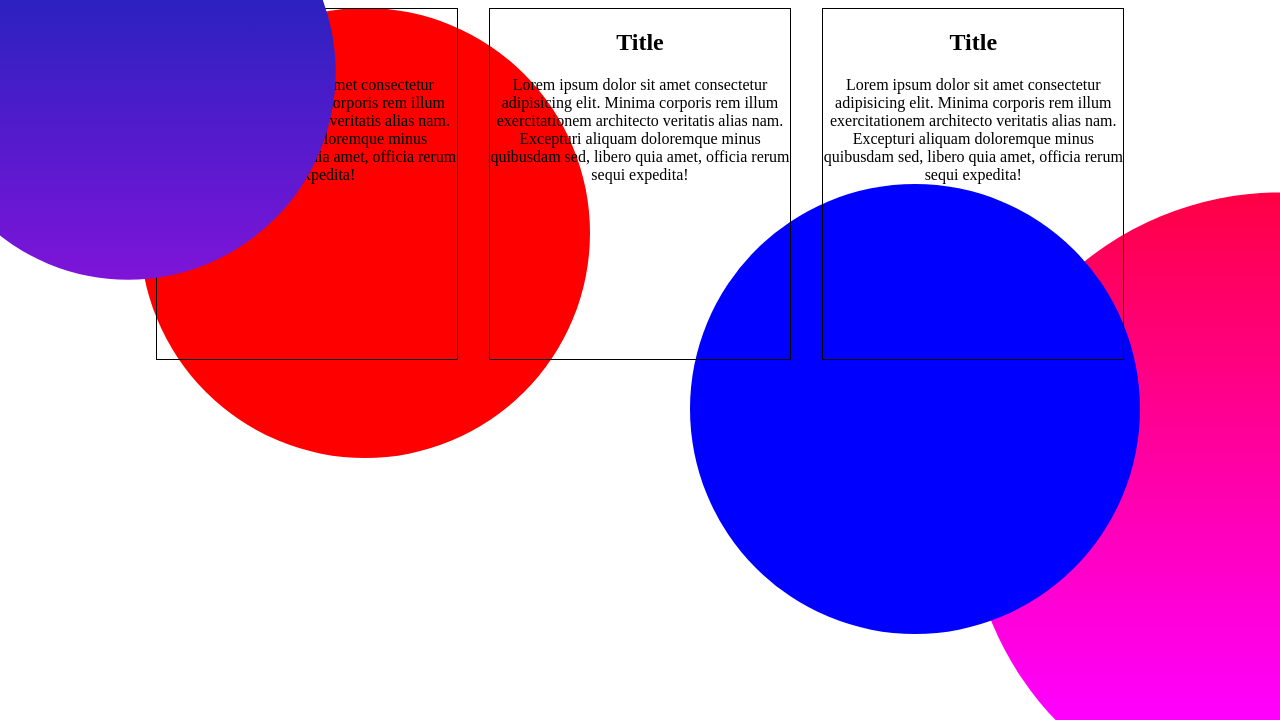
Repository: dovanluyen1996/Test-Git-PR
Page: index.html
These files come from the project's save history. The page is drawn as it stood at one moment and after the next save; the edit follows.
The browser window is 1280 px wide. The pictures show the whole page.

Above is the page before, as saved 2021-09-06 23:37:25.

### index.html
<!DOCTYPE html>
<html lang="en">
  <head>
    <meta charset="UTF-8" />
    <meta http-equiv="X-UA-Compatible" content="IE=edge" />
    <meta name="viewport" content="width=device-width, initial-scale=1.0" />
    <title>TestVsCode</title>
    <link rel="stylesheet" href="css/style.css" />
  </head>

  <body>
    <div class="container">
      <div class="test1"></div>
      <div class="test2"></div>

      <div class="center">
        <div class="item-center">
          <h2>Title</h2>
          <p class="text">
            Lorem ipsum dolor sit amet consectetur adipisicing elit. Minima
            corporis rem illum exercitationem architecto veritatis alias nam.
            Excepturi aliquam doloremque minus quibusdam sed, libero quia amet,
            officia rerum sequi expedita!
          </p>
        </div>
        <div class="item-center">
          <h2>Title</h2>
          <p class="text">
            Lorem ipsum dolor sit amet consectetur adipisicing elit. Minima
            corporis rem illum exercitationem architecto veritatis alias nam.
            Excepturi aliquam doloremque minus quibusdam sed, libero quia amet,
            officia rerum sequi expedita!
          </p>
        </div>
        <div class="item-center">
          <h2>Title</h2>
          <p class="text">
            Lorem ipsum dolor sit amet consectetur adipisicing elit. Minima
            corporis rem illum exercitationem architecto veritatis alias nam.
            Excepturi aliquam doloremque minus quibusdam sed, libero quia amet,
            officia rerum sequi expedita!
          </p>
        </div>
      </div>
    </div>
  </body>
</html>

### css/style.css
body {
}
body::before {
  content: "";
  position: absolute;
  top: 0;
  left: 0;
  width: 100%;
  height: 100%;
  background: linear-gradient(#f00, #f0f);
  clip-path: circle(30% at right 70%);
}
body::after {
  content: "";
  position: absolute;
  top: 0;
  left: 0;
  width: 100%;
  height: 100%;
  background: linear-gradient(rgb(44, 33, 192), #f0f);
  clip-path: circle(20% at 10% 10%);
}
.container {
  width: 1000px;
  margin: 0 auto;
  position: relative;
}
.test1 {
  width: 450px;
  height: 450px;
  background-color: red;
  border-radius: 50%;
  position: absolute;
}
.test2 {
  width: 450px;
  height: 450px;
  background-color: blue;
  border-radius: 50%;
  position: absolute;
  right: 0;
  top: 50%;
}
.item-center {
  width: 300px;
  height: 350px;
  border: 1px solid black;
  text-align: center;
  margin: 0 auto;
}
.center {
  position: relative;
  display: flex;
}

After the next save:
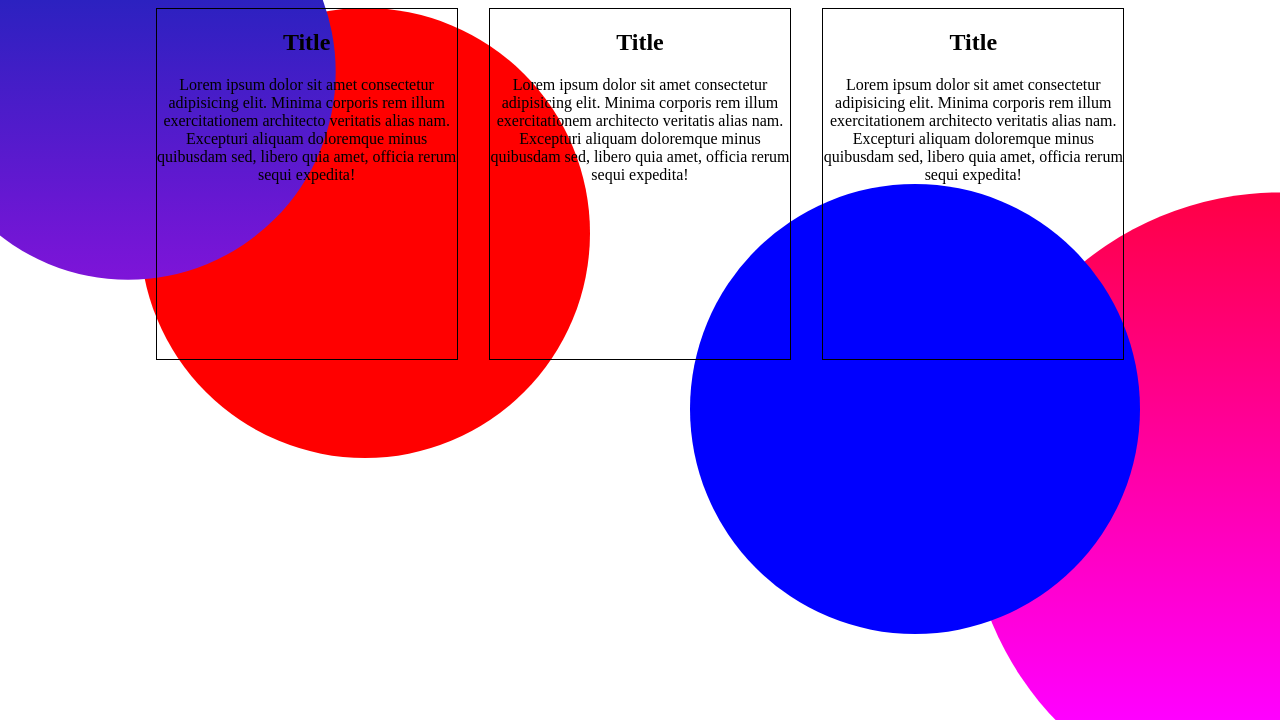
Saved 8 s later.
--- a/css/style.css
+++ b/css/style.css
@@ -50,5 +50,6 @@ body::after {
 }
 .center {
   position: relative;
+  z-index: 999;
   display: flex;
 }
